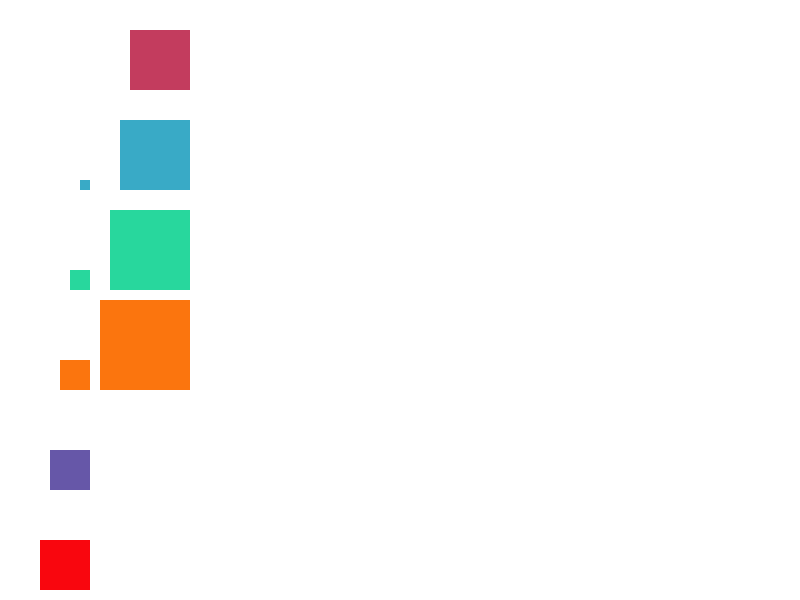
Repository: fredoluzjr/Java-Udemy
Program's window: java Workspace/exercicios-javafx/src/layout/AppLayout.java
These files come from the project's save history. The program's window is drawn as it stood at one moment and after the next save; the edit follows.
It runs on Java 21 on a 1366 x 768 screen with JavaFX 11; the title bar is not drawn.

Above is the program's window before, as saved 2021-07-08 23:57:49.

### Workspace/exercicios-javafx/src/layout/AppLayout.java
package layout;

import javafx.application.Application;
import javafx.scene.Parent;
import javafx.scene.Scene;
import javafx.stage.Stage;

public class AppLayout extends Application{

	@Override
	public void start(Stage primaryStage) throws Exception {
		Parent raiz = null;

//		raiz = new TesteAnchorPane();
//		raiz = new TesteBorderPane();
//		raiz = new TesteFlowPane();
//		raiz = new TesteGridPane();
//		raiz = new TesteStackPane();
		raiz = new TesteTilePane();

		//Scene principal = new Scene(new TesteAnchorPane(), 800, 600);
		Scene principal = new Scene(raiz, 800, 600);

		primaryStage.setScene(principal);
		primaryStage.setTitle("Gerenciadores de Layout");
		primaryStage.show();
	}

	public static void main(String[] args) {
		launch(args);
	}
}

### Workspace/exercicios-javafx/src/layout/TesteTilePane.java
package layout;

import java.util.ArrayList;
import java.util.List;

import javafx.geometry.Orientation;
import javafx.geometry.Pos;
import javafx.scene.layout.TilePane;

public class TesteTilePane extends TilePane{

	public TesteTilePane() {

		List<Quadrado> quadrados = new ArrayList<>();

		for (int i = 0; i < 10; i++) {
			quadrados.add(new Quadrado(i * 10));
		}

		setVgap(10);
		setHgap(10);

		setOrientation(Orientation.VERTICAL);
		setTileAlignment(Pos.BOTTOM_RIGHT);

		getChildren().addAll(quadrados);
	}
}

### Workspace/exercicios-javafx/src/layout/Quadrado.java
package layout;

import javafx.scene.paint.Color;
import javafx.scene.shape.Rectangle;

public class Quadrado extends Rectangle {

private static int i = 0;

	public String[] cores = {
		"#c33c5e", "#39aac6", "#28d79d",
		"#fb750e", "#6657a8", "#f9060e"
	};

	public Quadrado() {
		this(100);
	}

	public Quadrado(int tamanho) {

		setWidth(tamanho);
		setHeight(tamanho);

		setFill(Color.web(cores[i]));

		i++;
		if(i == 6) i = 0;
	}
	}

After the next save:
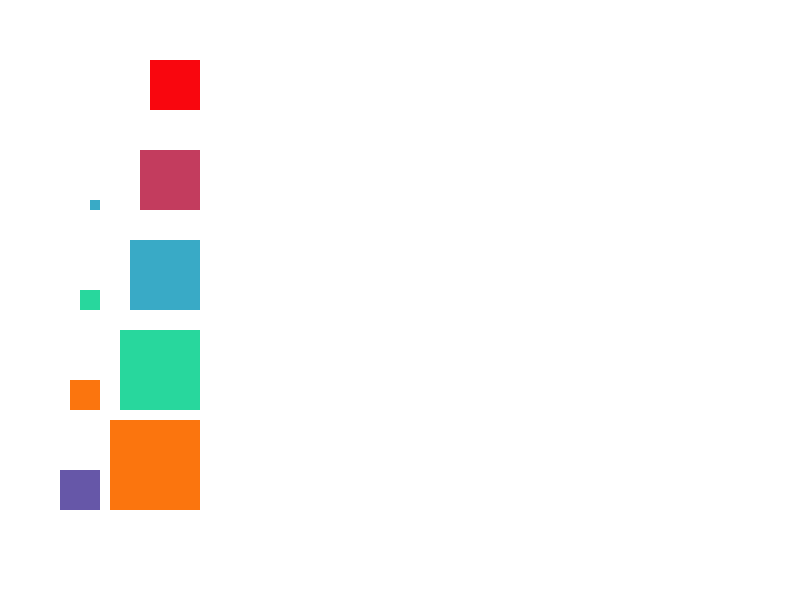
Saved 65 s later.
--- a/Workspace/exercicios-javafx/src/layout/TesteTilePane.java
+++ b/Workspace/exercicios-javafx/src/layout/TesteTilePane.java
@@ -3,6 +3,7 @@
 import java.util.ArrayList;
 import java.util.List;
 
+import javafx.geometry.Insets;
 import javafx.geometry.Orientation;
 import javafx.geometry.Pos;
 import javafx.scene.layout.TilePane;
@@ -17,6 +18,7 @@
 			quadrados.add(new Quadrado(i * 10));
 		}
 
+		setPadding(new Insets(20, 2, 20, 10));
 		setVgap(10);
 		setHgap(10);
 
